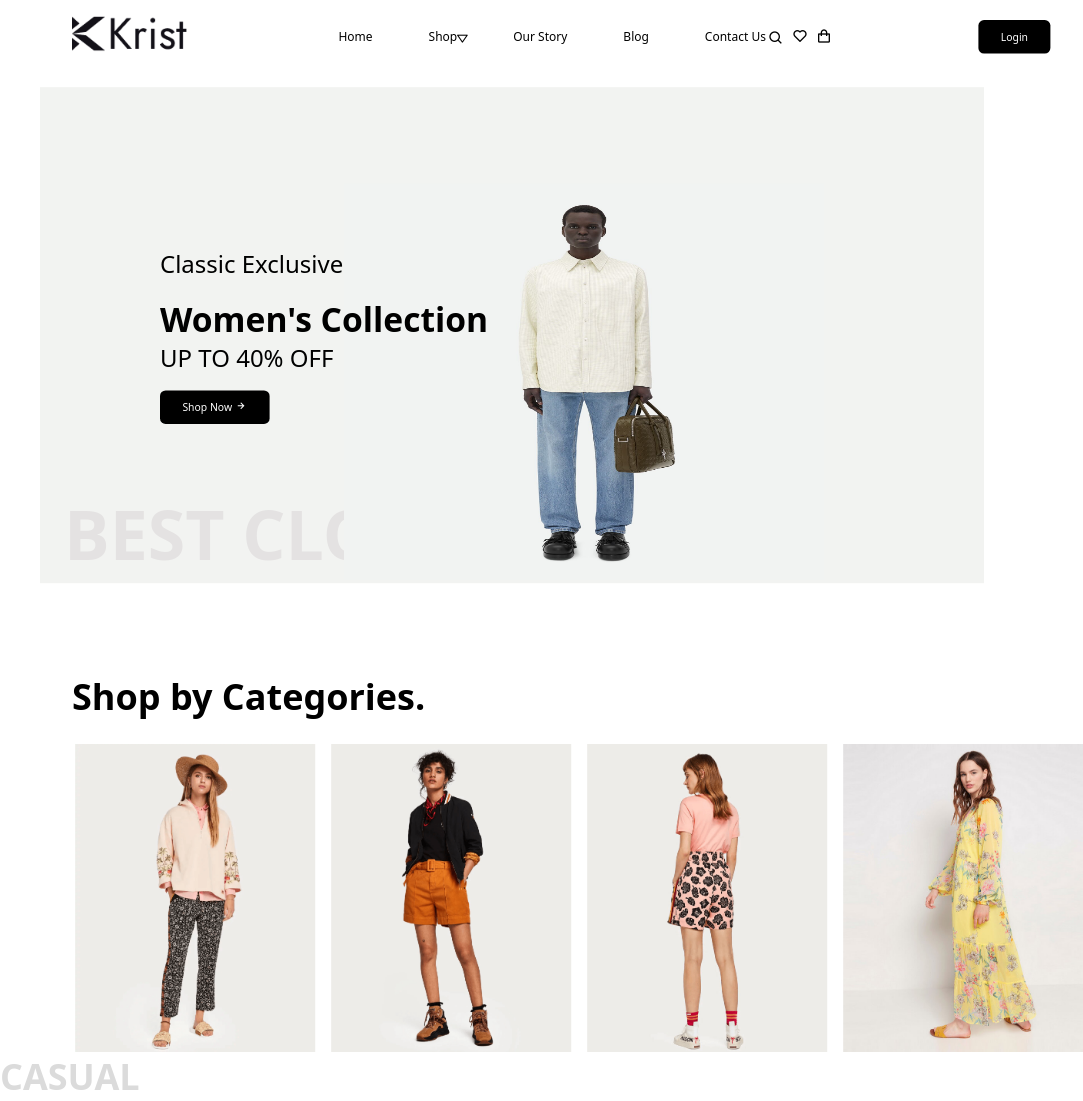
Repository: isaacCodes1/Krist-Website
Page: index.html
The author's editor kept a copy of each file at every save. The page is drawn from the files as they stood at one save, then again after the next save.
The browser window is 1280 px wide. The page is 1354 px wide, so the pictures cover 1354 px, including what lies to the right of the window. The pictures show the whole page, at 80% of full size.

Above is the page before, as saved 2024-04-01 10:51:21.

### index.html
<!DOCTYPE html>
<html lang="en">
  <head>
    <meta charset="UTF-8" />
    <meta name="viewport" content="width=device-width, initial-scale=1.0" />
    <link rel="stylesheet" href="style.css" />
    <link
      rel="stylesheet"
      href="https://unpkg.com/boxicons@latest/css/boxicons.min.css"
    />
    <title>Krist Website.</title>
  </head>
  <body>
    <header>
      <nav>
        <div class="navBar">
          <a href="index.html"><img src="/Assets/Group 56.png" alt="" /></a>
          <div class="logoItems">
            <ul>
              <li>Home</li>
              <li class="shop">Shop</li>
              <li>Our Story</li>
              <li>Blog</li>
              <li class="contact">Contact Us</li>
            </ul>
            <button class="login"><a href="Login.html">Login</a></button>
          </div>
          <div class="icons">
            <i class="bx bx-down-arrow"></i>
            <i class="bx bx-search"></i>
            <i class="bx bx-heart"></i>
            <i class="bx bx-shopping-bag"></i>
          </div>
        </div>
      </nav>
    </header>
    <section>
      <div class="landingPage">
        <h2>BEST CLOTHES</h2>
        <img src="/Assets/bot2.jpg" alt="" />
        <div class="landingPageText">
          <p class="classic">Classic Exclusive</p>
          <h1>Women's Collection</h1>
          <p>UP TO 40% OFF</p>
          <button>
            <a href="shop.html"
              >Shop Now <i class="bx bx-right-arrow-alt"></i
            ></a>
          </button>
        </div>
      </div>
    </section>
    <section class="cards">
      <div class="cardstext">
        <h1>Shop by Categories.</h1>
      </div>
      <div class="cardsImg">
        <img class="as1" src="/Assets/1.jpg" alt="" />
        <img src="/Assets/2.jpg" alt="" />
        <img src="/Assets/3.jpg" alt="" />
        <img src="/Assets/4.jpg" alt="" />
      </div>
      <h1 class="a1">CASUAL</h1>
    </section>
  </body>
</html>

### style.css
* {
  margin: 0;
  padding: 0;
  box-sizing: border-box;
  font-family: system-ui, -apple-system, BlinkMacSystemFont, "Segoe UI", Roboto,
    Oxygen, Ubuntu, Cantarell, "Open Sans", "Helvetica Neue", sans-serif;
}
.navBar {
  display: flex;
  align-items: center;
  margin-bottom: 40px;
  position: relative;
}
.navBar img {
  margin-left: 90px;
  padding-top: 20px;
  padding-right: 190px;
}
.logoItems ul {
  display: flex;
  list-style: none;
  padding-top: 20px;
  gap: 70px;
}
.logoItems ul li {
  font-size: 15px;
}
.logoItems ul li:hover {
  transform: scale(1.05);
  font-weight: 700;
}
.shop {
  position: relative;
}
.bx-down-arrow {
  position: absolute;
  left: 570px;
}
.contact {
  position: relative;
}
.bx-search {
  position: absolute;
  right: 300px;
  top: 37px;
  font-size: 20px;
}
.bx-heart {
  position: absolute;
  right: 270px;
  top: 35px;
  font-size: 20px;
}
.bx-shopping-bag {
  position: absolute;
  right: 240px;
  top: 35px;
  font-size: 20px;
}
.bx-down-arrow {
  position: absolute;
  left: 570px;
  top: 40px;
}
.bx-right-arrow-alt {
  font-size: 15px;
}
.landingPage {
  display: flex;
  flex-direction: column;
  background: rgb(242, 243, 241);
  border-radius: 5 px;
  height: 620px;
  margin-bottom: 50px;
  margin-left: 50px;
  margin-right: 50px;
  position: relative;
}

.landingPageText {
  margin-top: 200px;
  margin-left: 150px;
  position: relative;
}
.landingPageText h1 {
  font-size: 42px;
  font-weight: 900;
}
.landingPage h2 {
  font-size: 85px;
  position: absolute;
  top: 500px;
  left: 30px;
  color: #e4e2e2;
}
.classic {
  font-size: 30px;
  font-weight: 500;
  margin-bottom: 10px;
}
.landingPageText p {
  font-size: 30px;
  font-weight: 400;
  margin-bottom: 20px;
}
button {
  padding: 12px 28px;
  background: #000;
  border: 1px;
  border-radius: 7px;
  transition: all 0.42s ease;
}
button a {
  text-decoration: none;
  font-size: 13px;
  color: #fff;
}
button:hover {
  color: #000;
  background: grey;
}
.landingPage img {
  width: 600px;
  position: absolute;
  top: 120px;
  right: 200px;
  background: transparent;
  height: 80%;
}
.login {
  padding: 12px 28px;
  background: #000;
  border: 1px;
  border-radius: 7px;
  margin-left: 800px;
  position: absolute;
  top: 25px;
}
.login a {
  text-decoration: none;
  font-size: 13px;
  color: #fff;
}
.cardstext {
  font-size: 30px;
  margin-left: 90px;
  padding-top: 60px;
  padding-bottom: 30px;
}
.cardsImg {
  display: flex;
  margin-left: 74px;
}
.cardsImg img {
  width: 300px;
  margin-left: 20px;
}
.a1 {
  font-size: 45px;
  color: #dbdbdb;
  position: absolute;
}

After the next save:
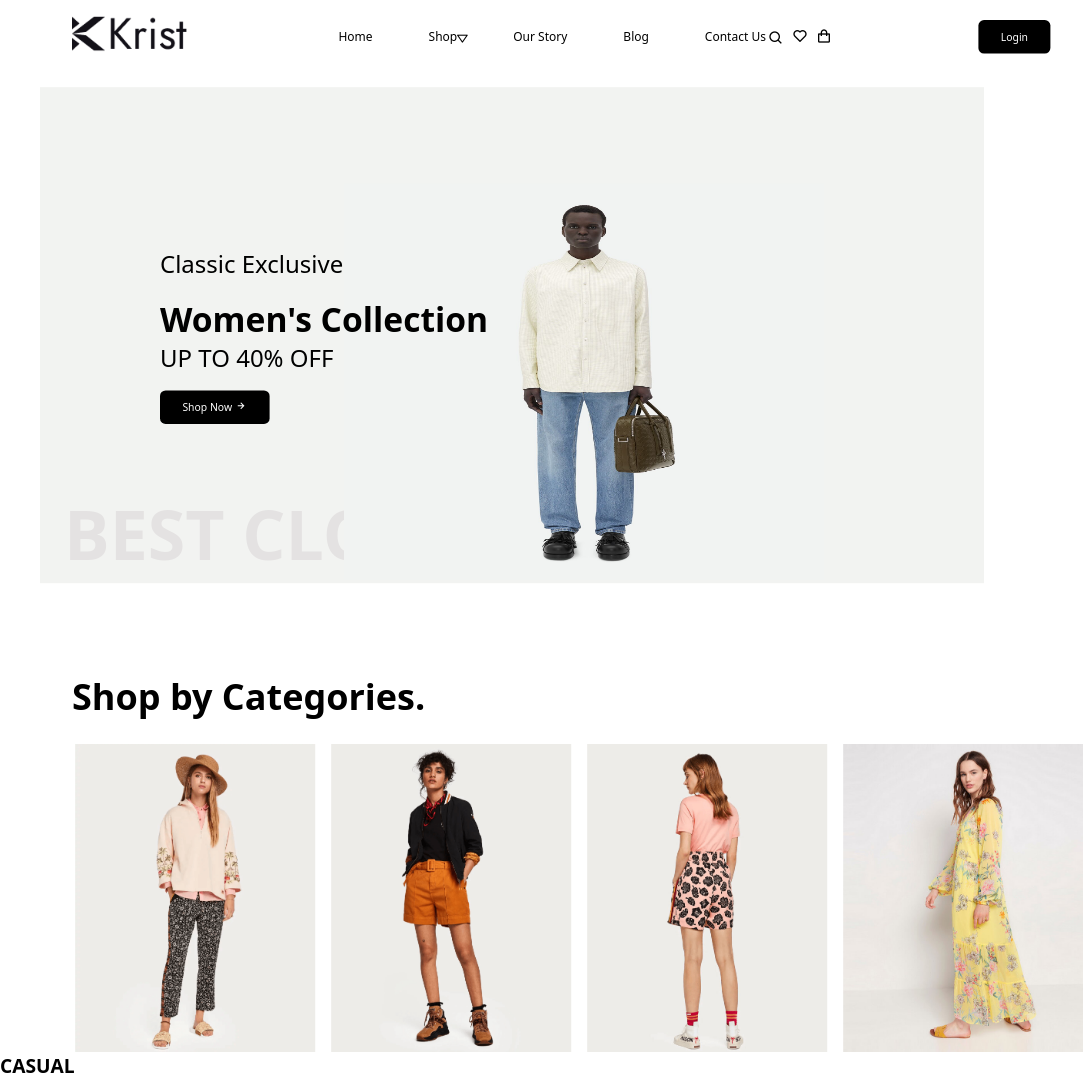
Saved 8 s later.
--- a/style.css
+++ b/style.css
@@ -155,6 +155,7 @@
   width: 300px;
   margin-left: 20px;
 }
+.as
 .a1 {
   font-size: 45px;
   color: #dbdbdb;

After the save that followed:
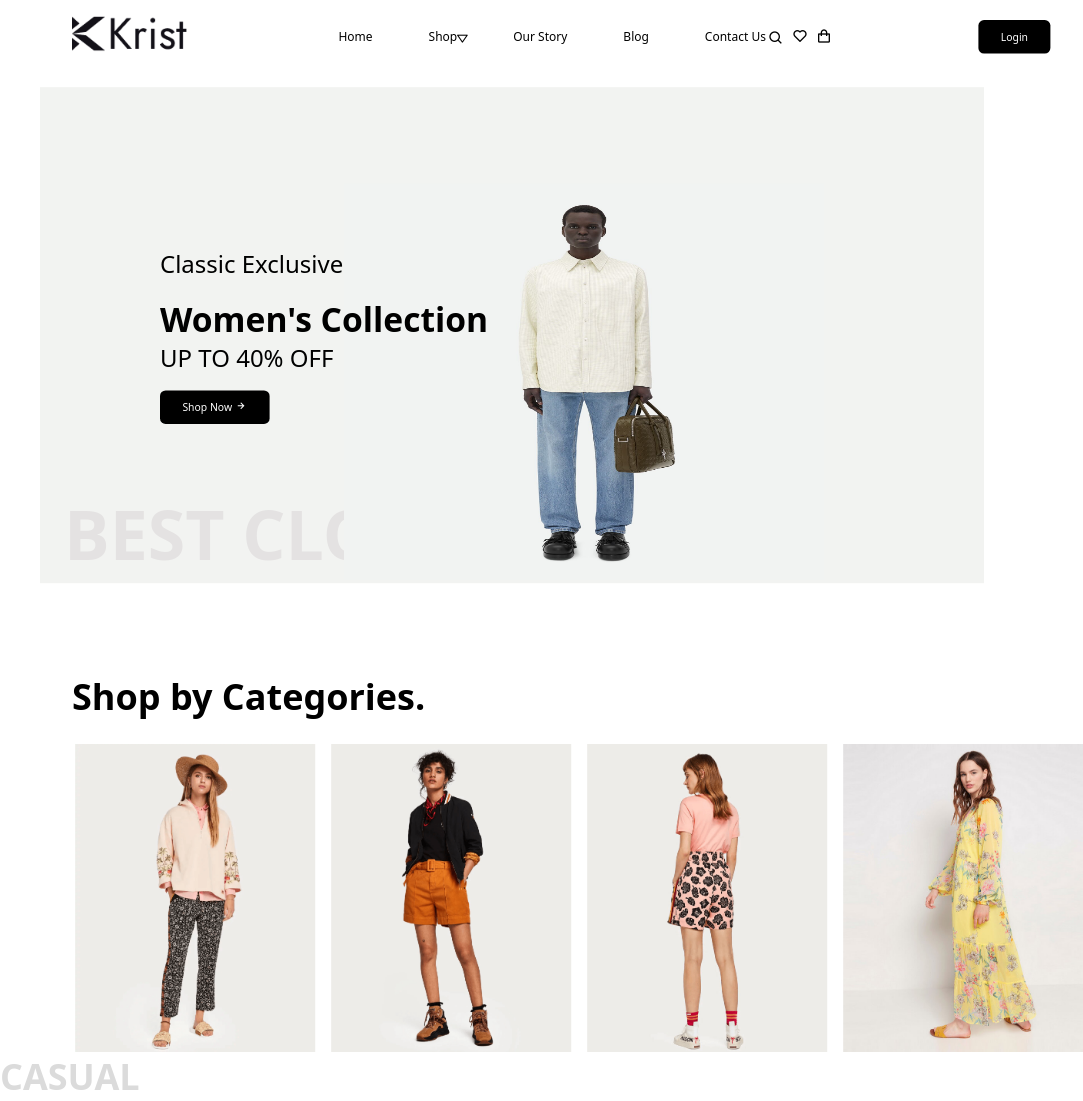
Saved 5 s later.
--- a/style.css
+++ b/style.css
@@ -155,7 +155,9 @@
   width: 300px;
   margin-left: 20px;
 }
-.as
+.as1 {
+  position: relative;
+}
 .a1 {
   font-size: 45px;
   color: #dbdbdb;
